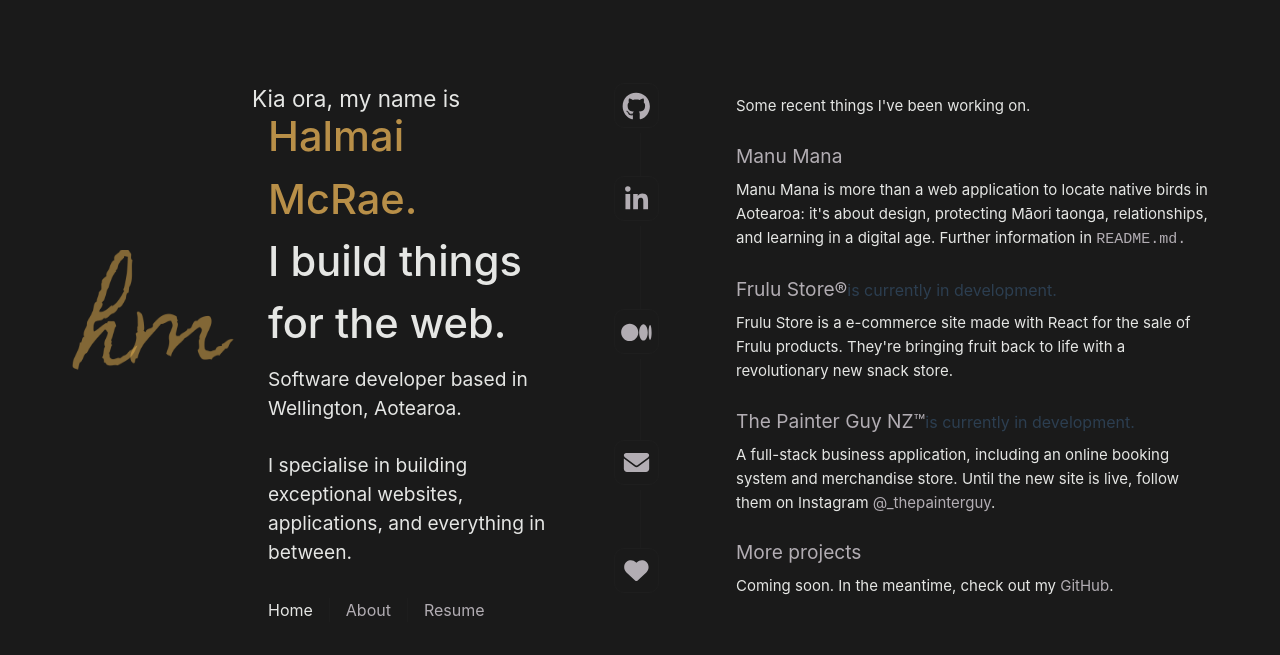
Repository: halmai-mcrae/halmai-vue-portfolio
Page: /
The author's editor kept a copy of each file at every save. The page is drawn from the files as they stood at one save, then again after the next save.
The browser window is 1280 px wide. The pictures show the whole page.
The project was rebuilt for these pictures with package versions that can differ from the ones it lists, and the page was loaded fresh each time. Also part of the build but not shown: vite.config.ts.

Above is the page before, as saved 2022-11-27 18:23:44.

After the next save:
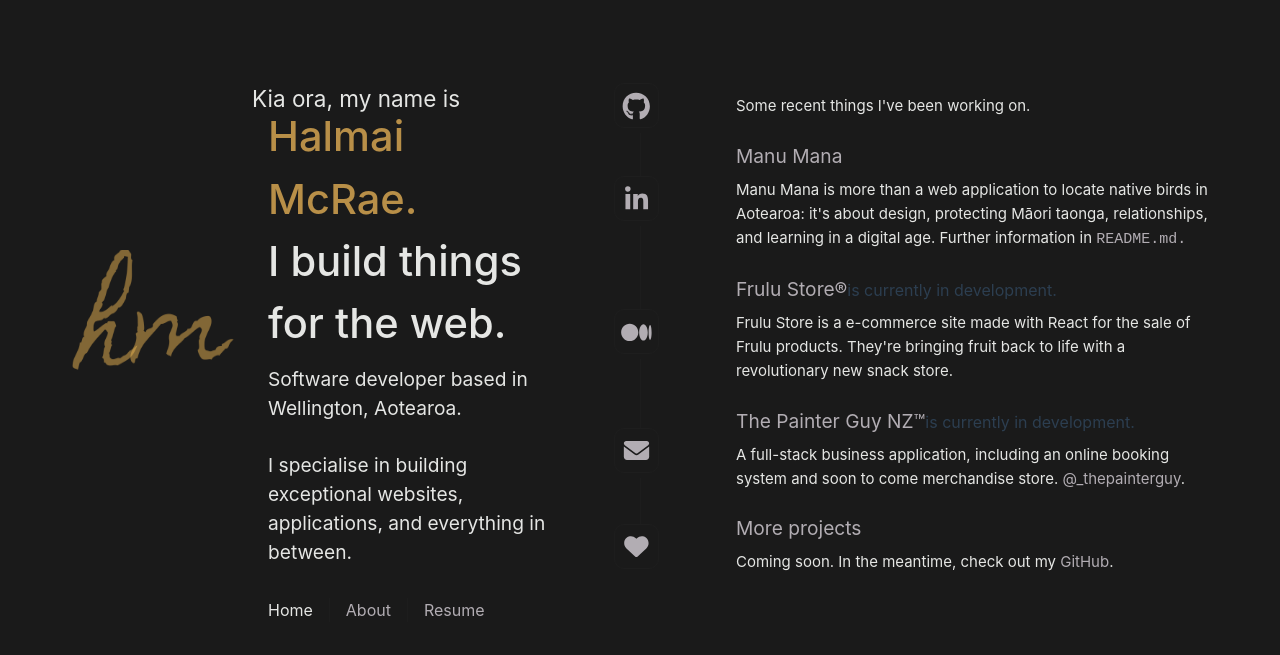
Saved 43 s later.
--- a/src/components/TheWelcome.vue
+++ b/src/components/TheWelcome.vue
@@ -76,9 +76,8 @@
       <small>is currently in development.</small>
     </template>
     A full-stack business application, including
-    an online booking system and merchandise
-    store. Until the new site is live,
-    follow them on Instagram
+    an online booking system and soon to come merchandise
+    store.
     <a
       href="https://www.instagram.com/_thepainterguy/"
       >@_thepainterguy</a
